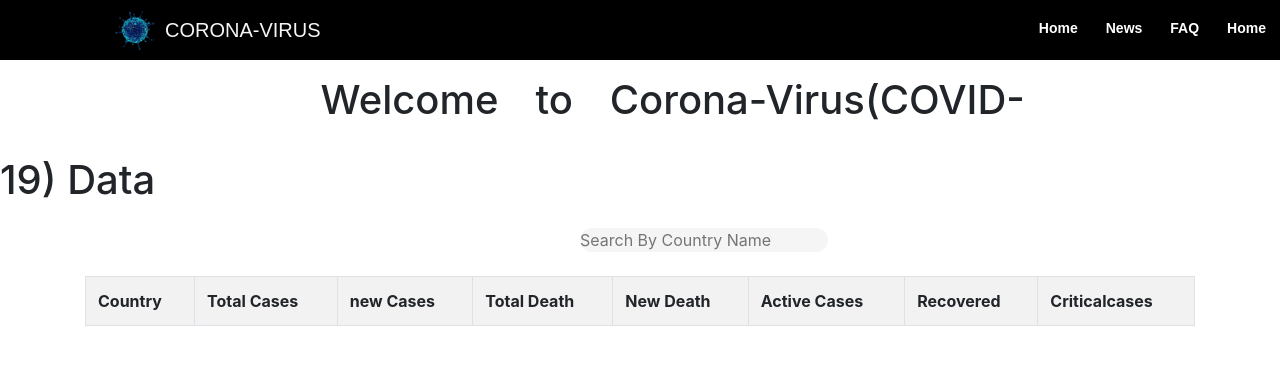
Repository: xthashankar/COVID-19-data-
Page: index.html
An editor plug-in stored every save of this project. The page is shown before and after the next save, followed by the edit.
The browser window is 1280 px wide. The pictures show the whole page.
The page's requests for data from a server got no answer.

Above is the page before, as saved 2020-04-16 12:59:28.

### index.html
<!DOCTYPE html>
<html lang="en">
<head>
    <meta charset="UTF-8">
    <meta name="viewport" content="width=device-width, initial-scale=1.0">
    <link rel="stylesheet" href="https://maxcdn.bootstrapcdn.com/bootstrap/4.4.1/css/bootstrap.min.css">
     <script src="https://ajax.googleapis.com/ajax/libs/jquery/3.4.1/jquery.min.js"></script>
     <script src="https://cdnjs.cloudflare.com/ajax/libs/popper.js/1.16.0/umd/popper.min.js"></script>
    <script src="https://maxcdn.bootstrapcdn.com/bootstrap/4.4.1/js/bootstrap.min.js"></script>
    <link rel="stylesheet" href="css/styles.css">
    <title>Document</title>
</head>
<body>

   <nav>
       <a href="index.html">
            <img src="image/coronavirus.png" style="margin:5px;
            margin-left: 110px;">
            <h5>CORONA-VIRUS</h5>
        </a>
        <ul>
            <li><a href="#"><b>Home</b></a></li>
            <li><a href="#"><b>FAQ</b></a>
                <ul>
                    <li><a href= "">Nepali</a></li>
                    <li><a href="">English</a></li>
                </ul>
                </li>
            <li><a href="#"><b>News</b></a></li>
            <li><a href="#"><b>Home</b></a></li>
        </ul>
    </nav>


    <h1>Welcome to Corona-Virus(COVID-19) Data </h1>
    <input type="text" name="filter" id="search" placeholder="Search By Country Name" onkeyup="search()">
    <div class="container">

        <br>
        <table class="table table-bordered  table-striped">
            <thread>
                <tr>
                    <th>Country</th>
                    <th>Total Cases</th>
                    <th>new Cases</th>
                    <th>Total Death</th>
                    <th>New Death</th>
                    <th>Active Cases</th>
                    <th>Recovered</th>
                    <th>Criticalcases</th>
            </tr>
            </thread>
            <tbody  id="coranavirus">
            </tbody>
        </table>
    </div>
</body>
<script src="javascript/main.js"></script>
</html>

### css/styles.css

*{
  margin:0;
  padding:0;
}
nav{
  width:100%;
  height:60px;
  background-color:black;
}

nav img{
  height: 50px;
  width: 50px;
  float: left;
}

nav h5{
  /*margin-left: 0px; */
  font-family:arial;
  color:whitesmoke;
  line-height:60px;
  float:left;
}
nav ul{
  overflow:visible;
  list-style-type:none;
  float:right;
}
nav ul li{
  float:right;
  list-style: none;
  position: relative;
}
nav ul li a{
  display:block;
  font-family:arial;
  color:white;
  font-size:14px  ;
  padding:18px 14px;
  text-decoration:none;
  cursor: pointer;
}
nav ul li a:hover{
  text-decoration: none;

}
nav ul li ul {
  display:none;
  position: absolute;
  background-color:black;
  padding: 10px;
  border-radius: 0px 0px 4px 4px;
}
nav ul li:hover ul {
  display:block;
  text-decoration:none;
}
nav ul li ul li{
   width:auto;
   border-radius:4px;
}
nav ul li ul li a {
  padding:8px 8px;
}

nav ul li ul li a:hover {
  background-color:whitesmoke ;
  text-decoration: none;
}

h1{
  text-align: justify;
  line-height: 80px;
}
#search{
  border-radius: 10px;
  margin:5 auto;
  border-radius: 10px;
  margin-left: 580px;
  border: none;
  border-radius: 15px;
  background-color:whitesmoke;
}

### javascript/main.js
// let who='';
let URL='https://nepalcorona.info/api/v1/data/world'
fetch(URL)
.then(function(response){
   return response.json()
}).then(function(covid){
//    console.log(covid);
       if(covid.length>0)
       {
           var coviddata='';
           covid.forEach(function(data){
            // coviddata +="<tr>";
            if(data.country!="")
            {
            coviddata +="<tr><td>"+data.country+"</td>";
            coviddata +="<td>"+data.totalCases+"</td>";
            coviddata +="<td>"+data.newCases+"</td>";
            coviddata +="<td>"+data.totalDeaths+"</td>";
            coviddata +="<td>"+data.newDeaths+"</td>";
            coviddata +="<td>"+data.activeCases+"</td>";
            coviddata +="<td>"+data.totalRecovered+"</td>";
            coviddata +="<td>"+data.criticalCases+"</td></tr>";
            console.log(coviddata);
            }
            document.getElementById('coranavirus').innerHTML=coviddata;
           })
       }
   })
   //for search
function search(){
    let filter=document.getElementById("search").value.toUpperCase();
    let table=document.getElementById("coranavirus");
    let tr=table.getElementsByTagName("tr");
    for(let i=0;i<tr.length;i++)
    {
     let td=tr[i].getElementsByTagName("td")[0];
        if(td)
        {
         let txtValue=td.textContent||td.innerText;
         if(txtValue.toUpperCase().indexOf(filter)>-1)
            {
            tr[i].style.display="";
            }else
            {
            tr[i].style.display="none";
            }
        }
    }
}

After the next save:
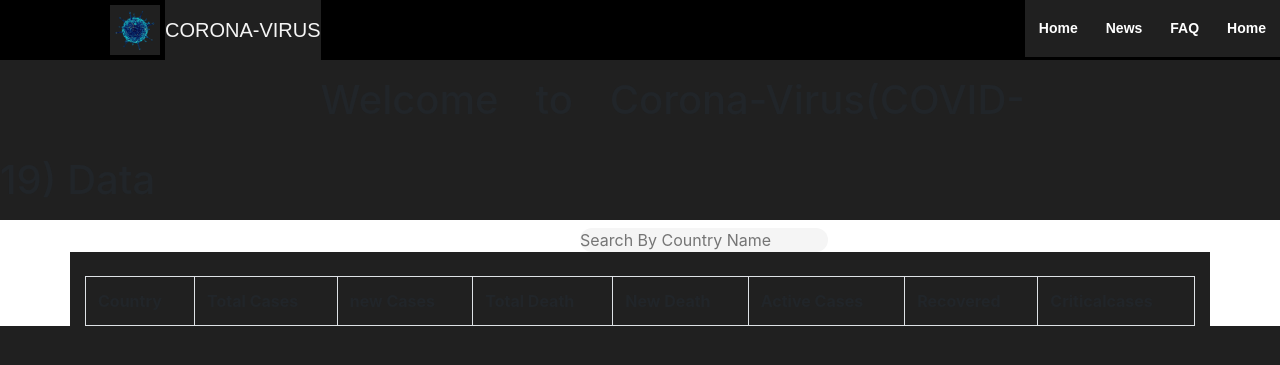
Saved 89 s later.
--- a/css/styles.css
+++ b/css/styles.css
@@ -2,6 +2,7 @@
 *{
   margin:0;
   padding:0;
+  background-color: #202020;
 }
 nav{
   width:100%;
@@ -72,6 +73,7 @@ nav ul li ul li a:hover {
 h1{
   text-align: justify;
   line-height: 80px;
+
 }
 #search{
   border-radius: 10px;

After the save that followed:
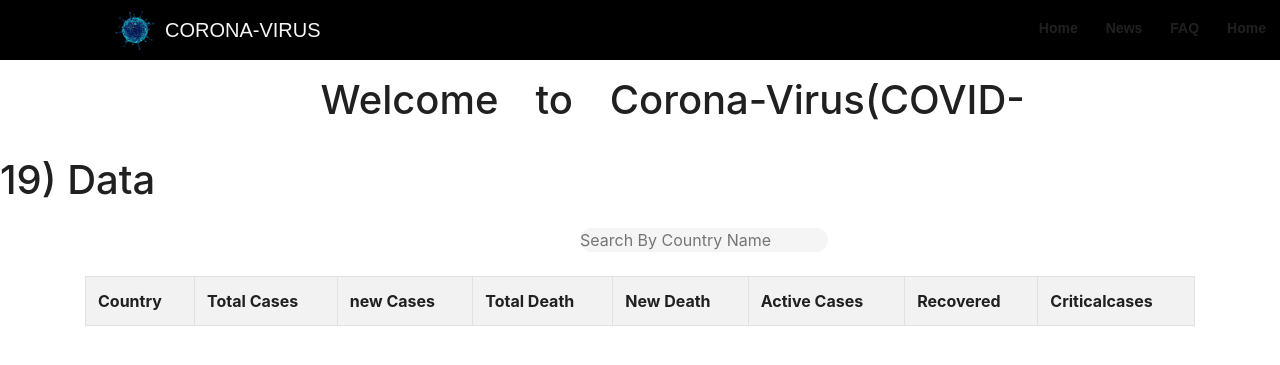
Saved 32 s later.
--- a/css/styles.css
+++ b/css/styles.css
@@ -2,7 +2,7 @@
 *{
   margin:0;
   padding:0;
-  background-color: #202020;
+  color: #202020;
 }
 nav{
   width:100%;
